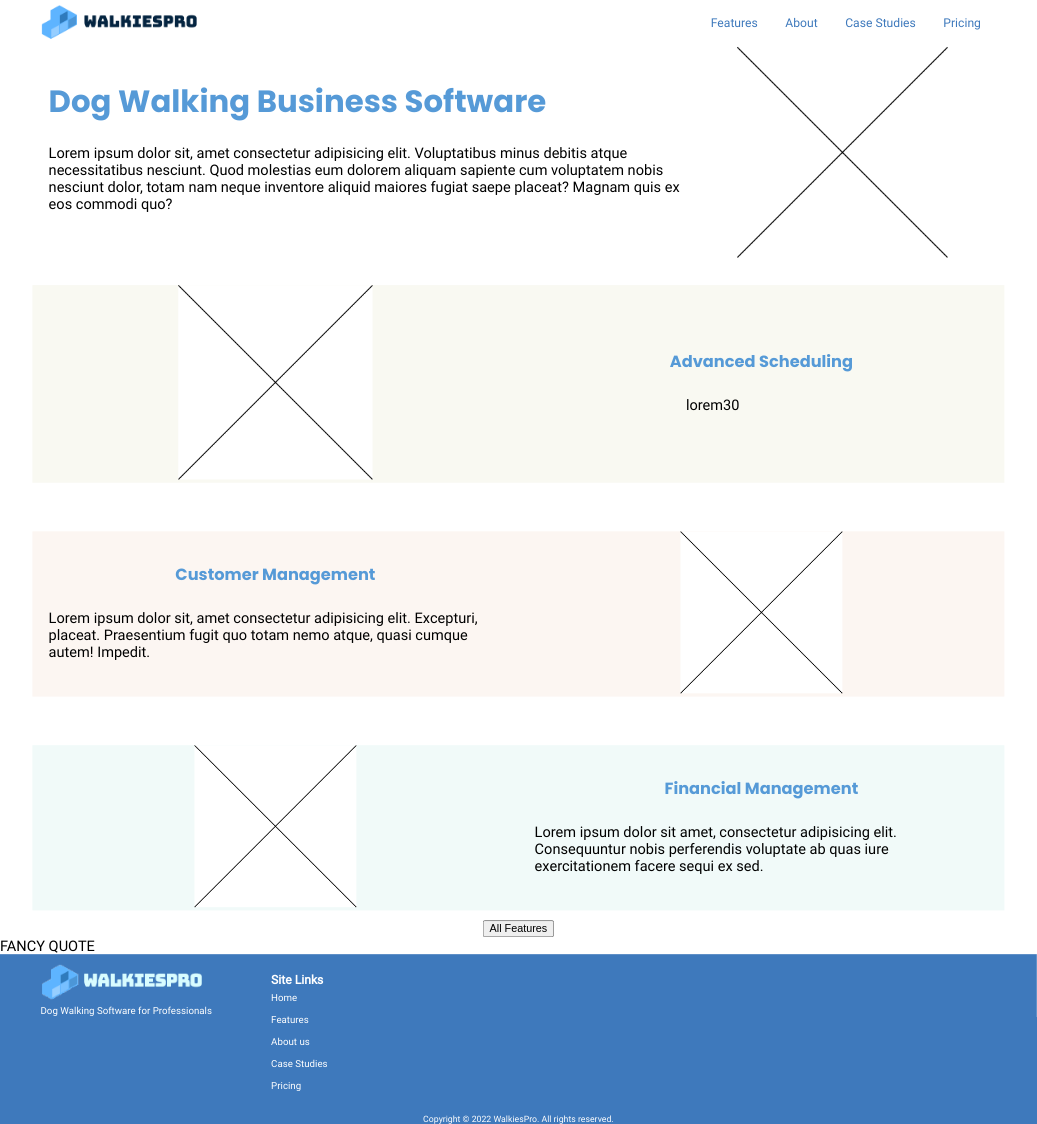
Repository: StevieC87/LAYOUT4
Page: index.html
An editor plug-in stored every save of this project. The page is shown before and after the next save, followed by the edit.
The browser window is 1280 px wide. The pictures show the whole page, at 81% of full size.

Above is the page before, as saved 2022-01-02 16:57:15.

### index.html
<!DOCTYPE html>
<html lang="en">
  <head>
    <meta charset="UTF-8" />
    <meta http-equiv="X-UA-Compatible" content="IE=edge" />
    <meta name="viewport" content="width=device-width, initial-scale=1.0" />
    <title>WalkiesPro Dog Walking Software</title>
    <link rel="stylesheet" href="css/styles.css" />
    <link rel="stylesheet" href="css/footer.css" />
    <link rel="stylesheet" href="css/homepage.css" />
    <link rel="stylesheet" href="css/navbar.css" />
    <link rel="stylesheet" href="css/fonts.css" />
    <link rel="stylesheet" href="css/utilities.css" />
    <link rel="stylesheet" href="css/mediaqueries.css" />
    <!-- THIS js file - deferred so loads at the end -->
    <script type="text/javascript" src="js/scripts.js" defer></script>

    <style></style>
  </head>
  <body>


    <div class="containernew">
      <div class="navwrapper">
        <!------------------ NAVBAR --------------------->
        <nav id="navbar" class="paddingspecial">
          <!--  <div class="paddingspecial"> -->
          <div id="logo" class="logodiv">
            <a href="index.html"><img src="images/logo.png" alt="logo" /></a>
          </div>
          <div id="hamburger-menu" class="hamburger-menu">
            <div class="line line-1"></div>
            <div class="line line-2"></div>
            <div class="line line-3"></div>
          </div>
          <div class="navlist">
            <ul tabindex="-1">
              <li><a class="current" href="features.html">Features</a></li>
              <li><a href="about-us.html">About</a></li>
              <li><a href="case-studies.html">Case Studies</a></li>
              <li><a href="pricing.html">Pricing</a></li>
            </ul>
          </div>
          <!-- </div> -->
        </nav>
      </div>
      <!------------------ SECTION1 --------------------->
      <section class="section1wrapper">
        <div class="section1innerwrapper">
          <div class="section1text centerhorizvert" style="padding-left: 20px">
            <h1 class="fronth1">Dog Walking Business Software</h1>
            <p>
              Lorem ipsum dolor sit, amet consectetur adipisicing elit. Voluptatibus minus debitis atque necessitatibus
              nesciunt. Quod molestias eum dolorem aliquam sapiente cum voluptatem nobis nesciunt dolor, totam nam neque
              inventore aliquid maiores fugiat saepe placeat? Magnam quis ex eos commodi quo?
            </p>
          </div>
        <div class="section1img centerhorizvert">
          <img src="images/3.png" width="260px" alt="" />
        </div>
       </div> <!-- end of section1innerwrapper -->
      </section>
      <!------------------ SECTION2 --------------------->
      <section class="section2wrapper">
        <div class="section2innerwrapper">
          <div class="section2divrow frontfeatures1">
            <div class="centerhorizvert section2imgleft1">
              <img src="images/3.png" width="240px" alt="" />
            </div>
            <div class="centerhorizvert section2textright1">
              <h5 class="centertext ">Advanced Scheduling</h5>
              <p class="section2txt">lorem30  </p>
            </div>
          </div>
          <div class="section2divrow frontfeatures2">
            <div class="centerhorizvert section2textleft2">
              <h5 class="centertext ">Customer Management</h5>
              <p class="section2txt"> Lorem ipsum dolor sit, amet consectetur adipisicing elit. Excepturi, placeat. Praesentium fugit quo totam
              nemo atque, quasi cumque autem! Impedit.</p>
            </div>
            <div class="centerhorizvert section2imgright2"><img src="images/3.png" width="200px" alt="" /></div>
          </div>
          <div class="section2divrow section2imgleft3 frontfeatures3">
            <div class="centerhorizvert"><img src="images/3.png" width="200px" alt="" /></div>
            <div class="centerhorizvert section2textleft3 ">
              <h5 class="centertext ">Financial Management</h5>
              <p class="section2txt"> Lorem ipsum dolor sit amet, consectetur adipisicing elit. Consequuntur nobis perferendis voluptate ab quas
              iure exercitationem facere sequi ex sed.</p>
            </div>
          </div>
        </div> <!-- end of section2innerwrapper -->
      </section>
       <!------------------ 'all features' BUTTON --------------------->
       <div class="allfeatures"><button class="btn af">All Features</button></div>
      <!------------------ QUOTE SECTION --------------------->
      <div class="quotesection">FANCY QUOTE</div>

      <!------------------ FOOTER --------------------->
      <footer id="footer">
        <div class="footerwrapper">
          <div class="footergriditem1">
            <img class="bottomlogo" src="images/logoblue.png" alt="logo" />
            <span class="whitetext bottomphrase"
              >Dog Walking Software for Professionals</span
            >
          </div>

          <div class="footergriditem2">
            <div><b class="whitetext footerlinkstitle">Site Links</b></div>
            <ul class="whitetext ulnostyle anostyle" style="font-size: 12px">
              <li><a href="../layout/index.html">Home</a> </li>
              <li><a href="/features.html">Features</a> </li>
              <li><a href="/about-us.html">About us</a> </li>
              <li><a href="/case-studies.html">Case Studies</a></li>
              <li><a href="pricing.html">Pricing</a></li>
            </ul>
          </div>
          <div class="footergriditem3 whitetext smallfont">Copyright © 2022 WalkiesPro. All rights reserved.</div>
        </div>

      </footer>
    </div>
    <!-- end container -->

    <!------------------ SIDE MENU --------------------->
    <div id="menuhidden" class="menuhidden hiddenright">
      <div class="slidemenu">
        <ul tabindex="-1" aria-hidden="true">
          <li><a class="activeSidebarLi" href="index.html">Home</a></li>
          <li><a class="current" href="features.html">Features</a></li>
          <li><a href="about-us.html">About</a></li>
          <li><a href="case-studies.html">Case Studies</a></li>
          <li><a href="pricing.html">Pricing</a></li>
          <!--    <hr /> -->
        </ul>
      </div>
    </div>
  </body>
</html>

### css/styles.css
:root {
  /*  --myblue: #5da3df; */
  --myblue: #3e79bc;
  --myblueh1: #569ad7;
}

html,
body {
  box-sizing: border-box;
  font-size: 18px;
  font-family: Roboto;
  /*  line-height: 1rem; */
  margin: auto;
}
*,
*:before,
*:after {
  box-sizing: inherit;
}

h1,
h2,
h3,
h4,
h5,
h6 {
  font-family: PoppinsBold;
  color: var(--myblueh1);
  /* #5da3df */
  padding: 10px 0 10px 0;
  margin: 0px;
}
h1 {
  font-size: 38px;
  line-height: 2.8rem;
}
h2 {
  font-size: 32px;
}
h3 {
  font-size: 28px;
}
h4 {
  font-size: 26px;
}
h5 {
  font-size: 20px;
}
h6 {
  font-size: 18px;
}

.fronth1 {
  padding-top: 0px;
}

.containernew {
  width: 100%;
}

### css/footer.css
/* * * * * * * * * * * * * * * * * * * * * * * * * * * * * * * * * * * * * * * *
                    FOOTER
* * * * * * * * * * * * * * * * * * * * * * * * * * * * * * * * * * * * * * * */

footer {
  background-color: var(--myblue);
  width: 100%;
  display: flex;
  justify-content: center;
  padding-top: 10px;
}
/* DEFAULT FOR SMALL SCREEN - MOBILE FIRST */
.footerwrapper {
  /* this is the inner div that serves as a grid with equal columns as container */
  width: 1200px;
  display: grid;
  grid-template-columns: 1fr;
  grid-gap: 0.2rem;
}
/* DEFAULT FOR SMALL SCREEN - MOBILE FIRST */
.footergriditem1 {
  grid-row: 1 / 2;
  /* grid-column: 1 / 2; */
  grid-column: 1 / -1;
}
/* DEFAULT FOR SMALL SCREEN - MOBILE FIRST */
.footergriditem2 {
  /* grid-column: 2 / 3; */
  grid-column: 1 / -1;
  grid-row: 3 / 4;
  padding-left: 10px;
  justify-self: start;
  padding-top: 10px;
  padding-bottom: 10px;

  /*  justify-self: self-end; */
  /* padding: 20px 0 0 40px; */
}
.footergriditem2:first-child {
  margin: 10px 0 10px 0;
}
.footergriditem3 {
  grid-row: 4 / 5;
  grid-column: 1 / -1;
  justify-self: center;
  align-self: center;
}
.bottomlogo {
  padding: 0px 0 0px 10px;
}
.bottomphrase {
  padding-left: 10px;
  display: block;
  text-align: left;
  font-size: 12px;
}
.footerlinkstitle {
  font-size: 15px;
}

@media (min-width: 336px) {
}
@media (min-width: 450px) {
  .footerwrapper {
    grid-template-columns: 226px 200px 1fr 0.2fr 0.2fr 0.2fr;
  }
  .footergriditem1 {
    grid-row: 1 / 2;
    grid-column: 1 / 2;
  }
  .footergriditem2 {
    grid-row: 1 / 2;
    grid-column: 2 / 3;
    padding-left: 0px;
    justify-self: center;
    padding-top: 10px;
    padding-bottom: 10px;
  }
}

### css/homepage.css
/* * * * * * * * * * * * * * * * * * * * * * * * * * * * * * * * * * * * * * * *
                  SECTION1
* * * * * * * * * * * * * * * * * * * * * * * * * * * * * * * * * * * * * * * */

.section1wrapper {
  width: 100%;
  background-color: FFF;
  display: flex;
  justify-content: center;
  /*  */
}
.section1innerwrapper {
  width: 1200px;
  display: grid;
  grid-column: 1 / -1;
}

/* * * * * * * * * * * * * * * * * * * * * * * * * * * * * * * * * * * * * * * *
                      SECTION2
  * * * * * * * * * * * * * * * * * * * * * * * * * * * * * * * * * * * * * * * */

.section2divrow {
  display: grid;
  grid-column: 1 / -1;
  /*  grid-template-columns: 1fr 1fr; */
}
.section2wrapper {
  width: 100%;
  display: flex;
  justify-content: center;
}
.section2innerwrapper {
  width: 1200px;
}
.frontfeatures1 {
  background-color: #f9f9f2;
  margin-bottom: 60px;
  margin-top: 30px;
}
.frontfeatures2 {
  background-color: #fcf6f2;
  margin-bottom: 60px;
}
.frontfeatures3 {
  background-color: #f1faf9;
  margin-bottom: 10px;
}

.section2txt {
  padding: 0 20px 0 20px;
}
/* ---------------------- */
.allfeatures {
  text-align: Center;
  /* background-color: #fbfbfa; */
  background-color: #fff;
}
.quotesection {
  background-color: FFF;
  grid-area: quotesection;
  display: grid;
  grid-column: 1 / -1;
}

### css/navbar.css
/* * * * * * * * * * * * * * * * * * * * * * * * * * * * * * * * * * * * * * * *
                          NAVBAR
* * * * * * * * * * * * * * * * * * * * * * * * * * * * * * * * * * * * * * * */
.navwrapper {
  display: flex;
  justify-content: center;
}
nav {
  background-color: white;
  width: 1200px;
  display: flex;
  justify-content: space-between;
}

.logodiv {
  padding-top: 5px;
  padding-left: 10px;
}
#navbar ul {
  list-style: none;
  margin-right: 15px;
  /*   float: right; */
}

#navbar ul li {
  float: left;
}

#navbar ul li a {
  display: block;
  margin: 0 14px 0 20px;
  /* padding: 0 20px 0 10px; */
  text-align: center;
  text-decoration: none;
  color: var(--myblue);
  /*  color: black; */

  font-size: 15px;
  /*  border-bottom: 1px solid transparent; */

  line-height: 21px;
}
#navbar ul li a:hover {
  /*  text-decoration: underline; */
  /*  border-bottom: 1px solid var(--myblue); */
  color: #9370db;
}

/* * * * * * * * * * * * * * * * * * * * * * * * * * * * * * * * * * * * * * * *
HAMBURGER MENU
* * * * * * * * * * * * * * * * * * * * * * * * * * * * * * * * * * * * * * * */

.hamburger-menu {
  width: 30px;
  height: 30px;
  padding-top: 7px;
  position: absolute;
  top: 7px;
  right: 10px;
  display: flex;
  flex-direction: column;
  justify-content: space-between;
  cursor: pointer;
  z-index: 100;
}

.line {
  width: inherit;
  height: 3px;
  background-color: var(--myblue);
  border-radius: 2px;
  transition-property: transform;
  transition-duration: 500ms;

  /*   transform-origin: right;
  transition: transform 0.5s; */
}

.line.openline:nth-child(1) {
  transform: translate(0px, 10px) rotate(45deg);
  /*  transform-origin: top; */
}
.line.openline:nth-child(2) {
  opacity: 0;
}
.line.openline:nth-child(3) {
  transform: translate(0px, -10px) rotate(-45deg);

  /*   transform-origin: top; */
}

.menuhidden {
  height: 100vh;
  width: 200px;
  background-color: white;
  position: fixed;
  top: 0;
  right: -200px;
  transition: ease 0.2s;
}

.visibleright {
  right: 0px;
  /*   transition: ease 4s; */
}
/* --------- SLIDEMENU ---------- */
.slidemenu ul {
  list-style: none;
  padding-top: 45px;
  padding-left: 0px;
  width: 100%;
  /*   float: right; */
}
.slidemenu ul li {
}
.slidemenu ul li a {
  display: block;
  padding: 10px 5px 10px 5px;
  margin: 0px 5px 0px 5px;
  text-align: center;
  text-decoration: none;
  line-height: 1.5rem;
  color: var(--myblue);
}
.slidemenu ul li a:hover {
  background-color: #fbfbfa;
  border-radius: 15px;
  /* opacity: 0.5; */
}
.activeSidebarLi {
  background-color: #fbfbfa;
  border-radius: 15px;
}
/* END SLIDEMENU */

### css/fonts.css
/* * * * * * * * * * * * * * * * * * * * * * * * * * * * * * * * * * * * * * * *
        FONT FAMILIESS
* * * * * * * * * * * * * * * * * * * * * * * * * * * * * * * * * * * * * * * */
@font-face {
  font-family: 'Bungee';
  src: url('../fonts/Bungee-Regular.ttf');
  src: local('☺'), url('../fonts/Bungee-Regular.ttf') format('truetype');
  font-display: block;
}
@font-face {
  font-family: 'Roboto';
  src: url('../fonts/Roboto-Regular.ttf');
  src: local('☺'), url('../fonts/Roboto-Regular.ttf') format('truetype');
  font-display: block;
}
@font-face {
  font-family: 'Roboto-Bold';
  src: url('../fonts/Roboto-Bold.ttf');
  src: local('☺'), url('../fonts/Roboto-Bold.ttf') format('truetype');
  font-display: block;
}
@font-face {
  font-family: 'Ubuntu';
  src: url('../fonts/Ubuntu-Regular.ttf');
  src: local('☺'), url('../fonts/Ubuntu-Regular.ttf') format('truetype');
  font-display: block;
}
@font-face {
  font-family: 'UbuntuBold';
  src: url('../fonts/Ubuntu-Bold.ttf');
  src: local('☺'), url('../fonts/Ubuntu-Bold.ttf') format('truetype');
  font-display: block;
}
@font-face {
  font-family: 'Poppins';
  src: url('../fonts/Poppins-Regular.ttf');
  src: local('☺'), url('../fonts/Poppins-Regular.ttf') format('truetype');
  font-display: block;
}
@font-face {
  font-family: 'PoppinsBold';
  src: url('../fonts/Poppins-Bold.ttf');
  src: local('☺'), url('../fonts/Poppins-Bold.ttf') format('truetype');
  font-display: block;
}
.bungee {
  font-family: Bungee;
}
.ubuntu {
  font-family: Ubuntu;
}
.ubuntuBold {
  font-family: UbuntuBold;
}
.poppins {
  font-family: Poppins;
}

### css/utilities.css
.btn {
  cursor: pointer;
  transition-property: background-color, color, border;
  transition-duration: 200ms;
  transition-timing-function: ease-in;
}
.btn.allfeatures {
  padding: 15px 20px 15px 20px;
  border-radius: 10px;
  border: 1px solid var(--myblue);
  /*   background-color: var(--myblue); */
  background-color: WHITE;
  /* color: white; */
  color: var(--myblue);
  font-weight: bold;
}

.submit {
  padding: 10px 10px 10px 10px;
  border-radius: 10px;
  width: 100px;
  background-color: var(--myblue);
  color: white;
  font-size: 0.7rem;
  font-weight: bold;
}
.af:hover {
  background-color: var(--myblue);
  color: white;
}
/* * * * * * * * * * * * * * * * * * * * * * * * * * * * * * * * * * * * * * * *
UTILITY CLASSES
* * * * * * * * * * * * * * * * * * * * * * * * * * * * * * * * * * * * * * * */

.centertext {
  text-align: center;
}
.centerimg {
  display: block;
  margin-left: auto;
  margin-right: auto;
  /*   width: 50%; */
}
.centerhorizvert {
  align-self: center;
  justify-self: center;
}
/* visible/invis from screen readers & visually */
.invisible {
  visibility: hidden;
}
.visible {
  visibility: visible;
}
.whitetext {
  color: white;
}
.smallfont {
  font-size: 0.6rem;
}
.ulnostyle {
  list-style: none;
  line-height: 1.5rem;
  padding: 0;
  margin: 0;
}
.anostyle > li a {
  text-decoration: none;
  color: white;
}

### css/mediaqueries.css
/* to switch to hamburger menu */
@media (min-width: 677px) {
  .hamburger-menu {
    visibility: hidden;
  }
  .section2divrow {
    grid-template-columns: 1fr 1fr;
  }
  .section1innerwrapper {
    grid-template-columns: 2fr 1fr;
  }
}
@media (max-width: 676px) {
  /* HIDE NAV LI WHEN SMALL SCREEN */
  nav {
    width: 1200px;
  }

  .navlist {
    visibility: hidden;
    display: none;
  }
  .hamburger-menu {
    visibility: visible;
  }

  /* ADVANCED SCHEDULING DIV - flip order: image last */
  .section2imgleft1 {
    grid-row: 2;
  }
  .section2textright1 {
    grid-row: 1;
  }
  /* FINANCIAL MANAGEMENT DIV - flip order: image last */
  .section2imgleft3 {
    grid-row: 2;
  }
  .section2textleft3 {
    grid-row: 1;
  }
}

### js/scripts.js
const hamburgerbutton = document.querySelector('#hamburger-menu');
hamburgerbutton.addEventListener('click', function () {
  //  vis();
  slide();
  transformlines();
});

function slide() {
  const slideme = document.querySelector('#menuhidden');
  const slidemeclasses = slideme.classList;
  //  slideme.classList.replace('hiddenright', 'visibleright');
  const slidemeclassestoggle = slidemeclasses.toggle('visibleright');
}

function transformlines() {
  //for each line add a class ideally
  document.querySelectorAll('.line').forEach((item) =>
    //item.style.backgroundColor = "pink"
    item.classList.toggle('openline')
  );
}

After the next save:
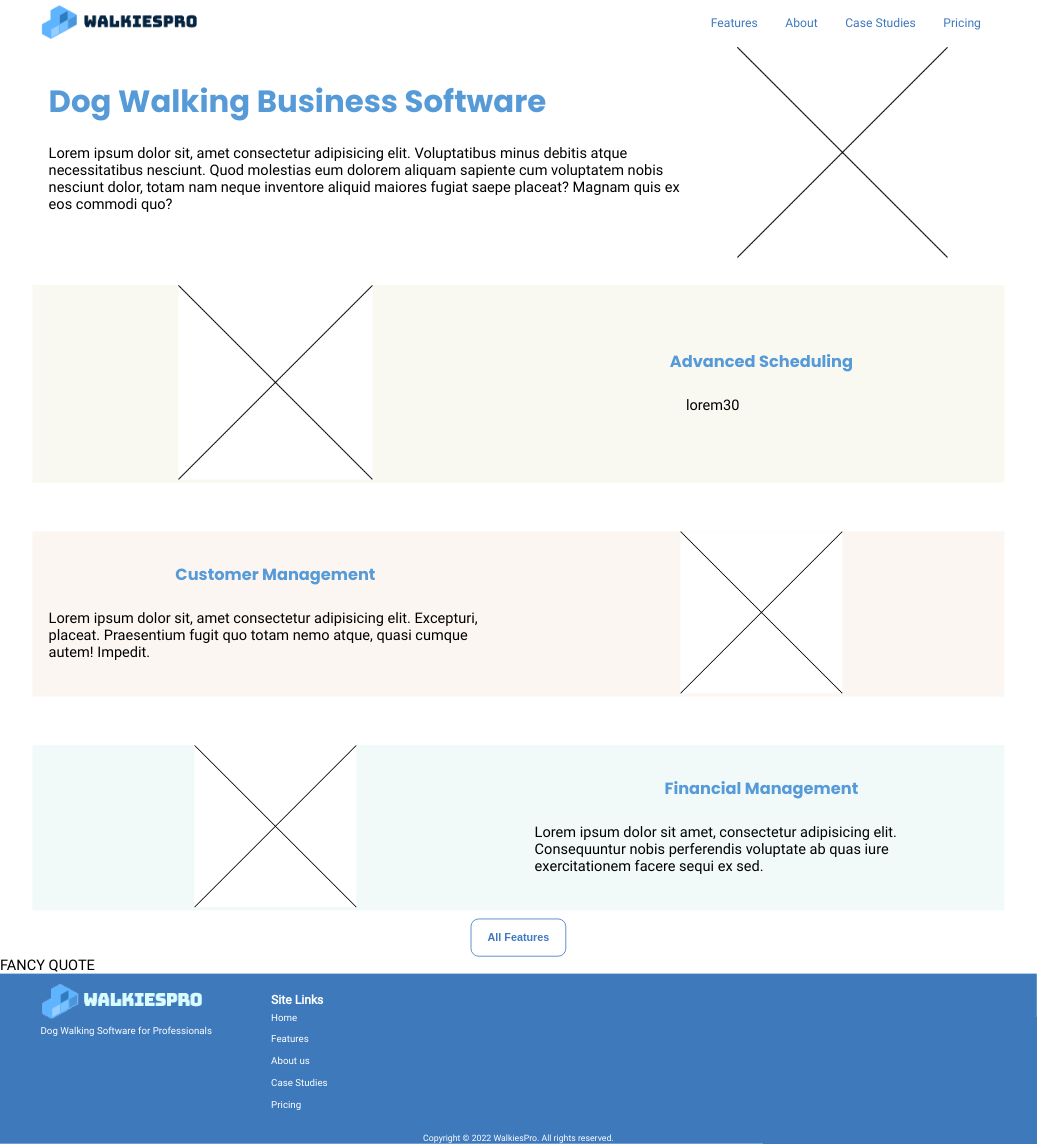
Saved 11 s later.
--- a/index.html
+++ b/index.html
@@ -91,7 +91,7 @@
         </div> <!-- end of section2innerwrapper -->
       </section>
        <!------------------ 'all features' BUTTON --------------------->
-       <div class="allfeatures"><button class="btn af">All Features</button></div>
+       <div class="allfeatures"><button class="btn allfeatures af">All Features</button></div>
       <!------------------ QUOTE SECTION --------------------->
       <div class="quotesection">FANCY QUOTE</div>
 
